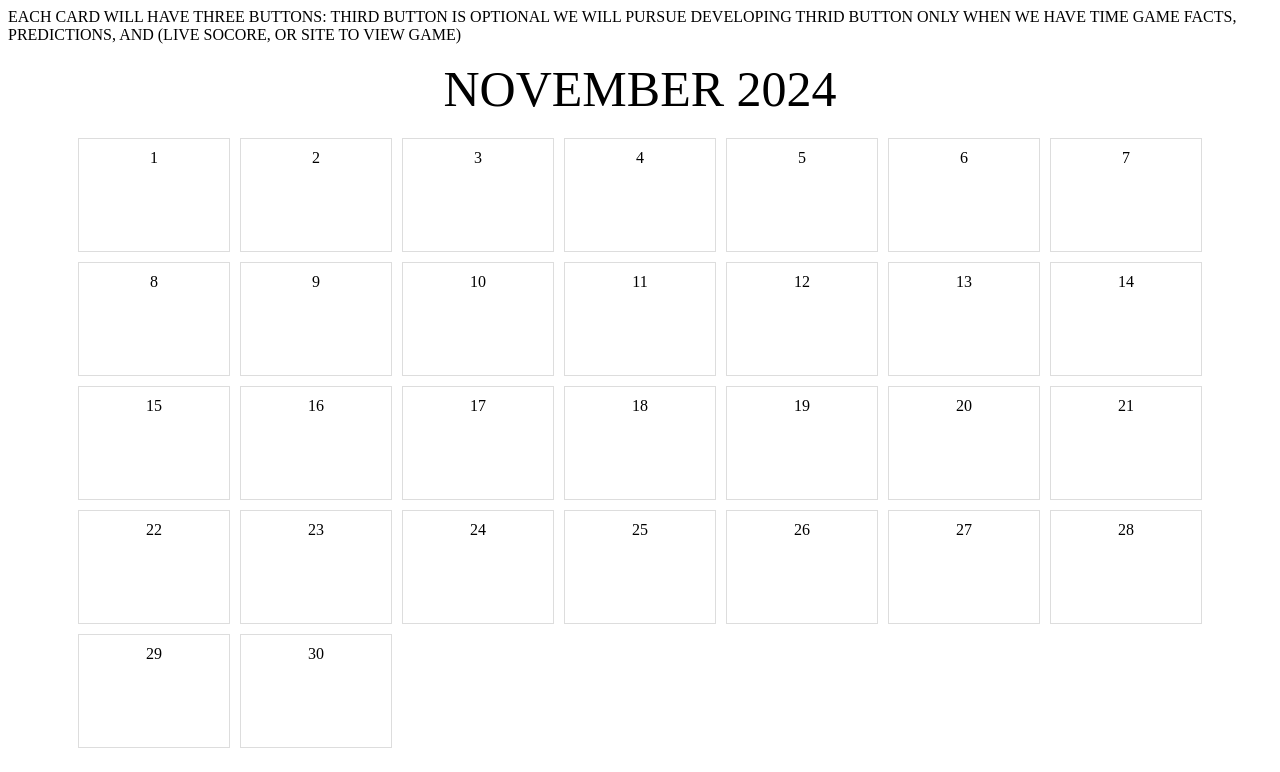
Repository: bredernd/Sports-Analytics
Page: http://localhost/CPS298_Nba/calendar
The author's editor kept a copy of each file at every save. The page is drawn from the files as they stood at one save, then again after the next save.
The browser window is 1280 px wide. The pictures show the whole page.
The page is served by Tomcat 9.

Above is the page before, as saved 2024-11-06 19:16:30.

After the next save:
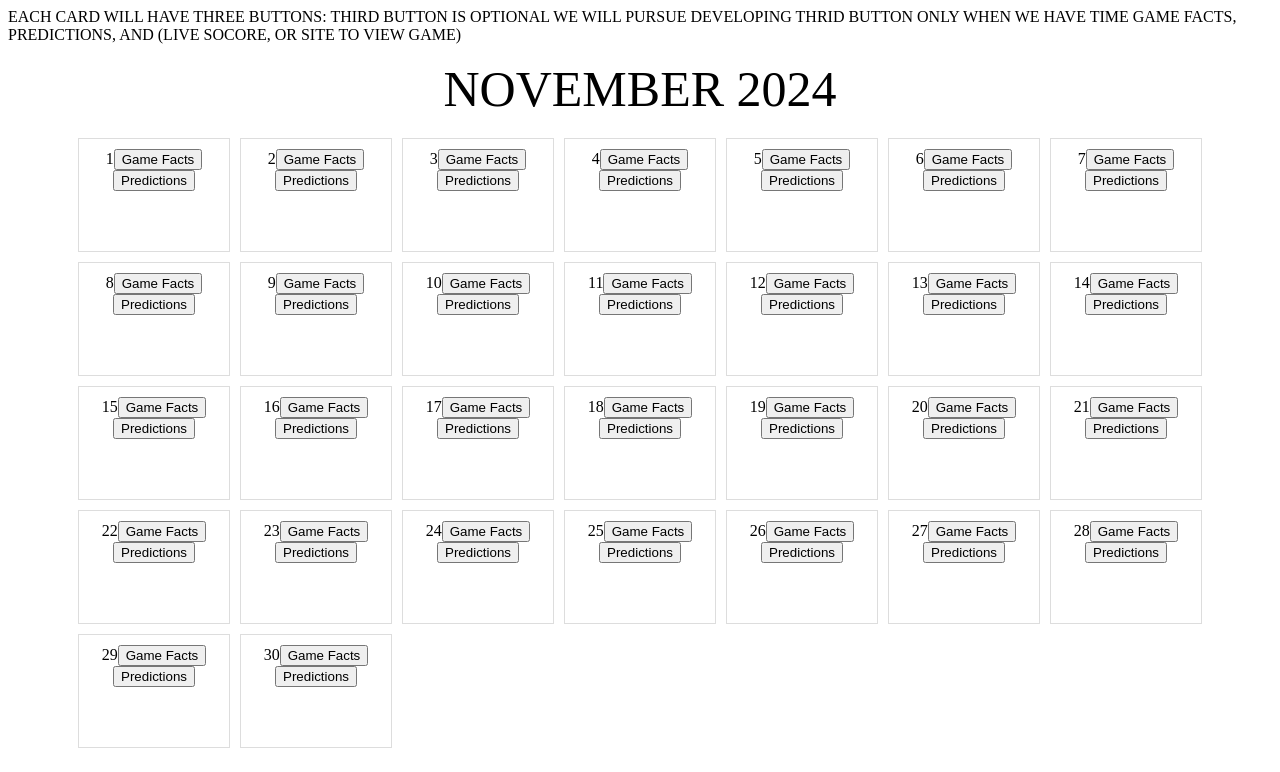
Saved 7 min 35 s later.
--- a/NBAProj/CPS298_Nba/src/main/java/com/cps298/nba/service/CalendarService.java
+++ b/NBAProj/CPS298_Nba/src/main/java/com/cps298/nba/service/CalendarService.java
@@ -9,14 +9,21 @@ import org.springframework.stereotype.Service;
 public class CalendarService {
 
     public String generateCalendarHtml(int year, int month) {
-        StringBuilder calendarHtml = new StringBuilder();
-        YearMonth yearMonth = YearMonth.of(year, month);
+            StringBuilder calendarHtml = new StringBuilder();
+            YearMonth yearMonth = YearMonth.of(year, month);
 
-        for (int day = 1; day <= yearMonth.lengthOfMonth(); day++) {
-            calendarHtml.append("<div class='day'>").append(day).append("</div>");
-        }
+            for (int day = 1; day <= yearMonth.lengthOfMonth(); day++) {
+                LocalDate date = LocalDate.of(year, month, day);
+                String gameFactsUrl = "/gameFacts?date=" + date;
+                String predictionsUrl = "/predictions?date=" + date;
 
-        return calendarHtml.toString();
+                calendarHtml.append("<div class='day'>").append(day);
+                calendarHtml.append("<button onclick=\"location.href='").append(gameFactsUrl).append("'\">Game Facts</button>");
+                calendarHtml.append("<button onclick=\"location.href='").append(predictionsUrl).append("'\">Predictions</button>");
+                calendarHtml.append("</div>");
+            }
+
+            return calendarHtml.toString();
     }
 
 }
